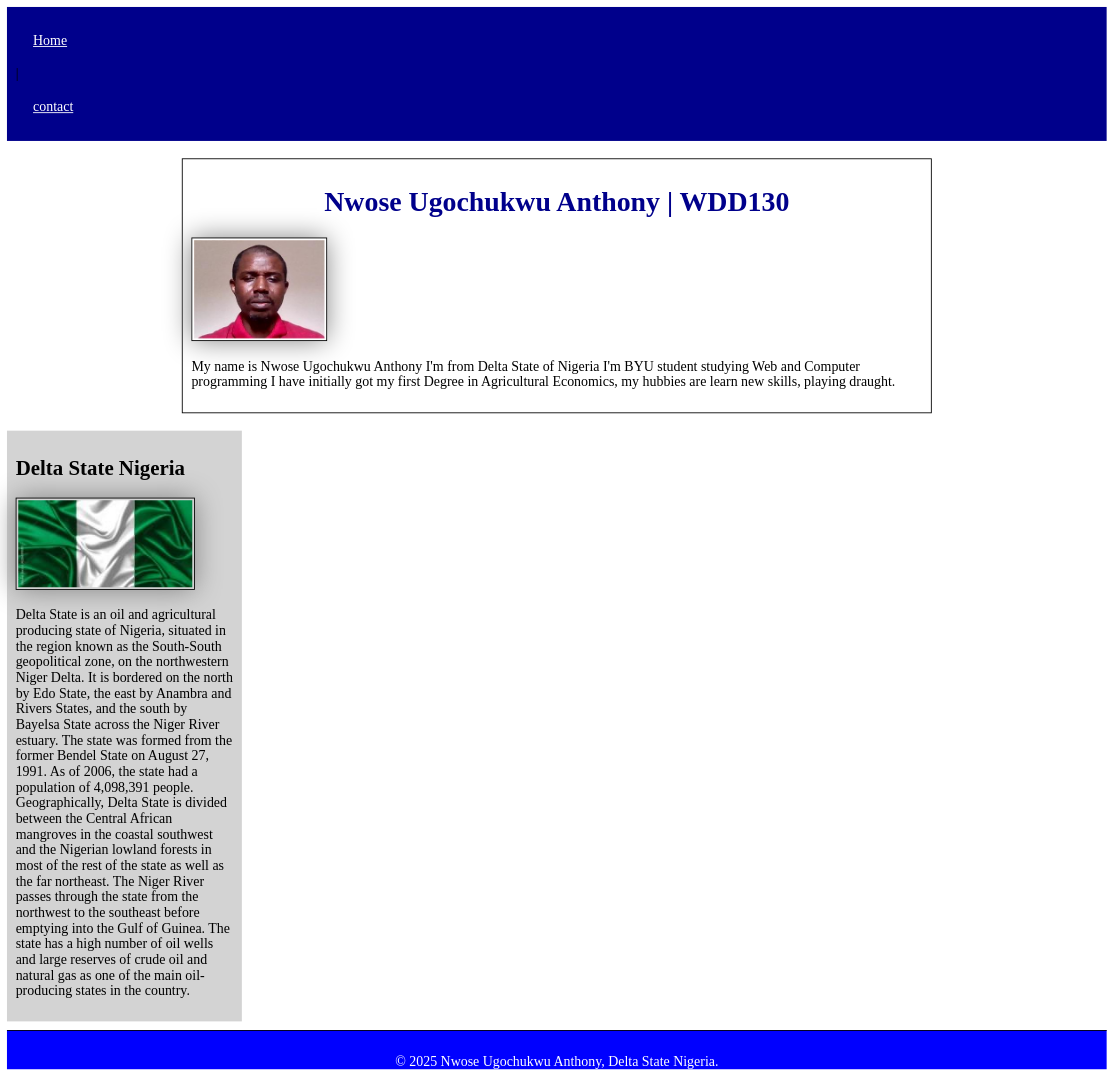
Repository: NoblesNigeria/wdd130
Page: index.html
The author's editor kept a copy of each file at every save. The page is drawn from the files as they stood at one save, then again after the next save.
The browser window is 1280 px wide. The pictures show the whole page, at 87% of full size.

Above is the page before, as saved 2025-09-08 18:23:19.

After the next save:
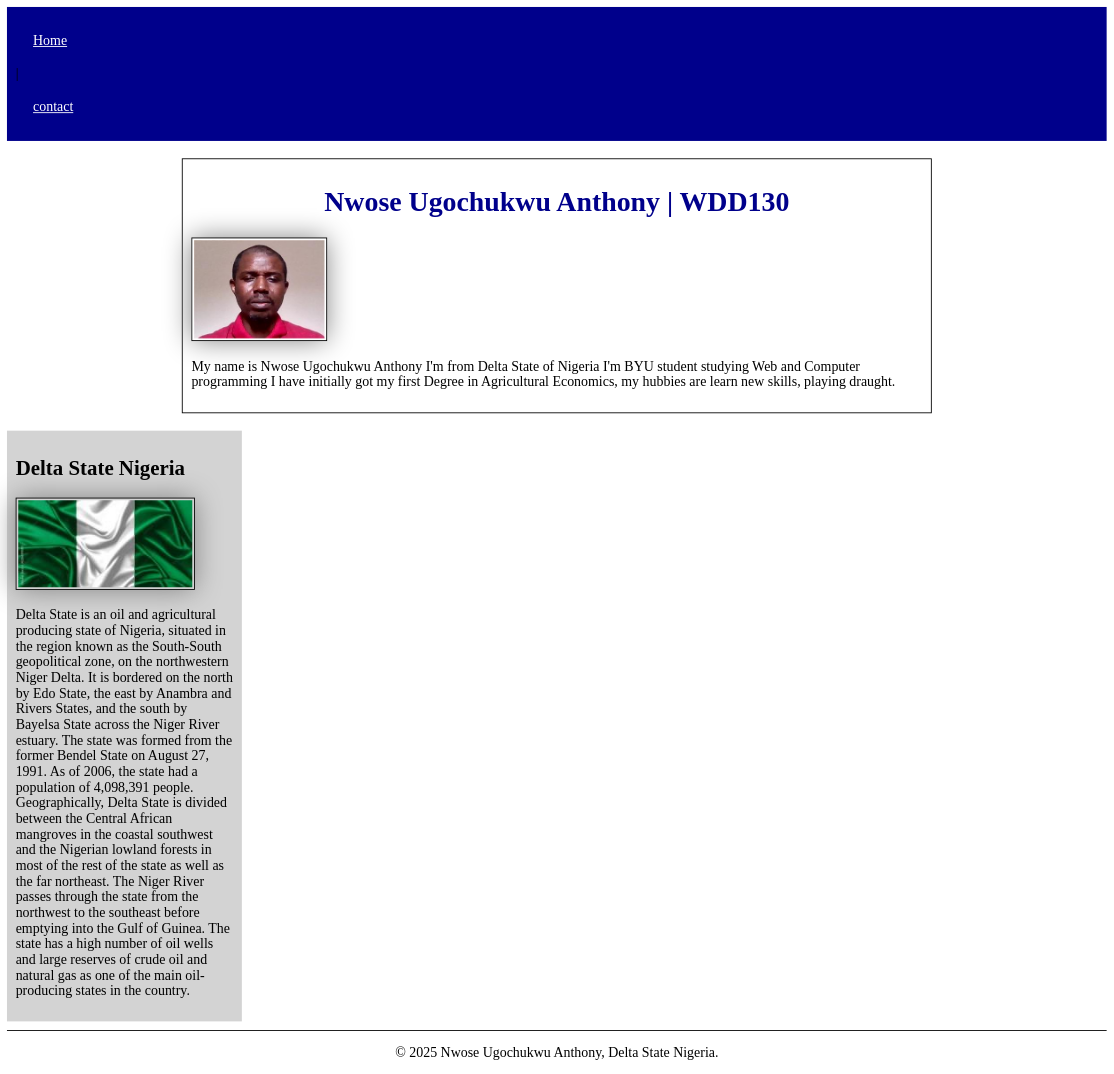
Saved 112 s later.
--- a/styles/styles.css
+++ b/styles/styles.css
@@ -40,10 +40,7 @@
     box-shadow: 0 0 30px gray;
 }
 footer {
-    background-color: blue;
-    color: white;
     text-align: center;
     margin-top: 10px;
     border-top: 1px solid black;
-    padding-top: 10px;
 }
